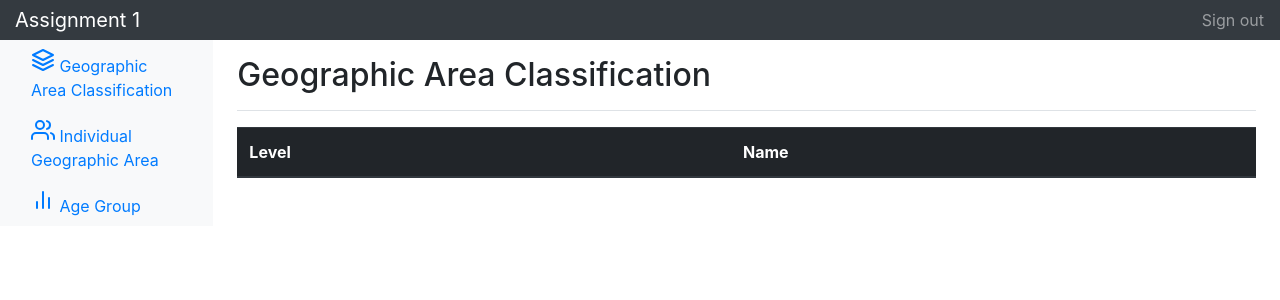
Repository: Yodilicious/PROG3060Assignment1
Page: http://localhost/PROG3060Assignment1JV/
An editor plug-in stored every save of this project. The page is shown before and after the next save, followed by the edit.
The browser window is 1280 px wide. The pictures show the whole page.
Some web libraries are served in a nearby version. The page is served by Tomcat 9. Other server files are loaded and not shown. Queries for data that is not in the repository find no rows.

Above is the page before, as saved 2018-02-16 06:29:51.

### PROG3060Assignment1JV/WebContent/html/GeographicAreaClassification.jsp
<%@ page language="java" contentType="text/html; charset=ISO-8859-1"
    pageEncoding="ISO-8859-1" import="java.util.*,prog3060.assignment1.jvisser.models.GeoAreaClassBean" %>
<!DOCTYPE html PUBLIC "-//W3C//DTD HTML 4.01 Transitional//EN" "http://www.w3.org/TR/html4/loose.dtd">
<html>
<head>
<meta charset="utf-8">
<meta name="viewport" content="width=device-width, initial-scale=1, shrink-to-fit=no">
<link rel="stylesheet" href="https://maxcdn.bootstrapcdn.com/bootstrap/4.0.0/css/bootstrap.min.css" integrity="sha384-Gn5384xqQ1aoWXA+058RXPxPg6fy4IWvTNh0E263XmFcJlSAwiGgFAW/dAiS6JXm" crossorigin="anonymous">
<link href="PROG3060Assignment1JV/css/main.css" rel="stylesheet">
<title>Insert title here</title>
</head>
<body>

    <nav class="navbar navbar-dark sticky-top bg-dark flex-md-nowrap p-0">
      <a class="navbar-brand col-sm-3 col-md-2 mr-0" href="#">Assignment 1</a>
      <ul class="navbar-nav px-3">
        <li class="nav-item text-nowrap">
          <a class="nav-link" href="#">Sign out</a>
        </li>
      </ul>
    </nav>

    <div class="container-fluid">
      <div class="row">
        <nav class="col-md-2 d-none d-md-block bg-light sidebar">
          <div class="sidebar-sticky">
            <ul class="nav flex-column">
              <li class="nav-item">
                <a class="nav-link active" href="/PROG3060Assignment1JV">
                  <span data-feather="layers"></span>
                  Geographic Area Classification<span class="sr-only">(current)</span>
                </a>
              </li>
              <li class="nav-item">
                <a class="nav-link" href="html/IndividualGeographicAreaDetails.jsp">
                  <span data-feather="users"></span>
                  Individual Geographic Area
                </a>
              </li>
              <li class="nav-item">
                <a class="nav-link" href="#">
                  <span data-feather="bar-chart-2"></span>
                  Age Group
                </a>
              </li>
            </ul>
          </div>
        </nav>

        <main role="main" class="col-md-9 ml-sm-auto col-lg-10 pt-3 px-4">
          <div class="d-flex justify-content-between flex-wrap flex-md-nowrap align-items-center pb-2 mb-3 border-bottom">
            <h1 class="h2">Geographic Area Classification</h1>
          </div>
          <div class="row">
          	<div class="col-md-12">
          		<table class="table">
				  <thead class="thead-dark">
				    <tr>
				      <th scope="col">Level</th>
				      <th scope="col">Name</th>
				    </tr>
				  </thead>
				  <tbody>
				  	<%
			       		List<GeoAreaClassBean> geoAreas = (ArrayList)request.getAttribute("geoArea");

			      		Iterator<GeoAreaClassBean> iterator = geoAreas.iterator();

			      		while(iterator.hasNext()) {
			      			GeoAreaClassBean geoArea = iterator.next();

			       	%>
				    <tr>
				      <td><%=geoArea.getLevel()%></td>
				      <td>
				      	<a class="nav-link" href="igad?gaid=<%=geoArea.getGeographicAreaId()%>"><%=geoArea.getName()%></a>
				      </td>
				    </tr>
				    <%
			      		}
				    %>
				  </tbody>
				</table>
          	</div>
          </div>
        </main>
      </div>
    </div>

	<script src="https://code.jquery.com/jquery-3.2.1.slim.min.js" integrity="sha384-KJ3o2DKtIkvYIK3UENzmM7KCkRr/rE9/Qpg6aAZGJwFDMVNA/GpGFF93hXpG5KkN" crossorigin="anonymous"></script>
	<script src="https://cdnjs.cloudflare.com/ajax/libs/popper.js/1.12.9/umd/popper.min.js" integrity="sha384-ApNbgh9B+Y1QKtv3Rn7W3mgPxhU9K/ScQsAP7hUibX39j7fakFPskvXusvfa0b4Q" crossorigin="anonymous"></script>
	<script src="https://cdnjs.cloudflare.com/ajax/libs/tether/1.4.0/js/tether.min.js" integrity="sha384-DztdAPBWPRXSA/3eYEEUWrWCy7G5KFbe8fFjk5JAIxUYHKkDx6Qin1DkWx51bBrb" crossorigin="anonymous"></script>
	<script src="https://maxcdn.bootstrapcdn.com/bootstrap/4.0.0/js/bootstrap.min.js" integrity="sha384-JZR6Spejh4U02d8jOt6vLEHfe/JQGiRRSQQxSfFWpi1MquVdAyjUar5+76PVCmYl" crossorigin="anonymous"></script>

	<script src="https://unpkg.com/feather-icons/dist/feather.min.js"></script>
    <script>
      feather.replace()
    </script>

</body>
</html>

### PROG3060Assignment1JV/src/prog3060/assignment1/jvisser/servlets/GeographicAreaClassification.java
package prog3060.assignment1.jvisser.servlets;

import java.io.IOException;
import java.util.List;

import javax.servlet.ServletException;
import javax.servlet.annotation.WebServlet;
import javax.servlet.http.HttpServlet;
import javax.servlet.http.HttpServletRequest;
import javax.servlet.http.HttpServletResponse;

import prog3060.assignment1.jvisser.dao.ApplicationDao;
import prog3060.assignment1.jvisser.models.GeoAreaClassBean;
import prog3060.assignment1.jvisser.models.IndividualGeoAreaDetailsBean;

@WebServlet("/")
public class GeographicAreaClassification extends HttpServlet {

	/**
	 *
	 */
	private static final long serialVersionUID = 1L;

	@Override
	protected void doGet(HttpServletRequest req, HttpServletResponse resp) throws ServletException, IOException {

		ApplicationDao appDao = new ApplicationDao();

		List<GeoAreaClassBean> geoAreaClasses = appDao.GeographicAreaClassifications();

		req.setAttribute("geoArea", geoAreaClasses);
		req.getRequestDispatcher("/html/GeographicAreaClassification.jsp").forward(req, resp);
	}
}

### PROG3060Assignment1JV/src/prog3060/assignment1/jvisser/dao/ApplicationDao.java
package prog3060.assignment1.jvisser.dao;


import java.sql.Connection;
import java.sql.PreparedStatement;
import java.sql.ResultSet;
import java.sql.SQLException;
import java.util.*;


import prog3060.assignment1.jvisser.models.GeoAreaClassBean;
import prog3060.assignment1.jvisser.models.IndividualGeoAreaDetailsBean;

public class ApplicationDao {

	private static PreparedStatement GetGeographicAreaClassifications(Connection connection) throws SQLException
    {
        String sqlSelectQuery = "SELECT GEOGRAPHICAREAID, LEVEL, NAME FROM GEOGRAPHICAREA ORDER BY LEVEL ASC";

        PreparedStatement preparedStatement = connection.prepareStatement(sqlSelectQuery);

        return preparedStatement;
    }

	private static PreparedStatement GetIndividualGeographicAreaDetails(Connection connection, String geographicAreaId) throws SQLException
    {
        String sqlSelectQuery = "SELECT G.NAME, G.CODE, G.LEVEL, A.COMBINED FROM GEOGRAPHICAREA As G JOIN AGE As A ON G.GEOGRAPHICAREAID = A.GEOGRAPHICAREA JOIN CENSUSYEAR As Y ON A.CENSUSYEAR = Y.CENSUSYEARID WHERE A.AGEGROUP = 1 AND Y.CENSUSYEAR = 2016 AND G.GEOGRAPHICAREAID = ?";

        PreparedStatement preparedStatement = connection.prepareStatement(sqlSelectQuery);

        preparedStatement.setString(1, geographicAreaId);

        return preparedStatement;
    }

	private static PreparedStatement GetIndividualGeographicAreaDetailNames(Connection connection, String level, String code) throws SQLException
    {
        String sqlSelectQuery = "SELECT NAME FROM GEOGRAPHICAREA WHERE LEVEL = ? AND SUBSTR(CAST(ALTERNATIVECODE AS CHAR(10)), 1, 2) = ? ORDER BY NAME ASC";

        PreparedStatement preparedStatement = connection.prepareStatement(sqlSelectQuery);

        preparedStatement.setString(1, level);
        preparedStatement.setString(2, code);

        return preparedStatement;
    }

	private static PreparedStatement GetAllProvinces(Connection connection) throws SQLException
    {
        String sqlSelectQuery = "SELECT NAME FROM GEOGRAPHICAREA WHERE LEVEL = 1 ORDER BY NAME ASC";

        PreparedStatement preparedStatement = connection.prepareStatement(sqlSelectQuery);

        return preparedStatement;
    }

	public List<GeoAreaClassBean> GeographicAreaClassifications() {

		List<GeoAreaClassBean> tempList = new ArrayList<GeoAreaClassBean>();

		try (Connection connection = DBConnection.getConnectionToDatabase();
                PreparedStatement preparedStatement = GetGeographicAreaClassifications(connection);
                ResultSet resultSet = preparedStatement.executeQuery())
        {
			int id = 0;
			int level = 0;
            String name = "";

            while (resultSet.next())
            {
            	id = resultSet.getInt("geographicareaid");
                level = resultSet.getInt("level");
                name = resultSet.getString("name");

                GeoAreaClassBean temp = new GeoAreaClassBean();

                temp.setGeographicAreaId(id);
                temp.setLevel(level);
                temp.setName(name);

                tempList.add(temp);
            }

            connection.rollback();
        }
        catch (SQLException e)
        {
            e.printStackTrace();
        }
        catch (Exception e)
        {
            e.printStackTrace();
        }

		return tempList;
	}

	public IndividualGeoAreaDetailsBean IndividualGeographicAreaDetails(String geographicAreaId) {

		IndividualGeoAreaDetailsBean temp = new IndividualGeoAreaDetailsBean();

		try (Connection connection = DBConnection.getConnectionToDatabase();
                PreparedStatement preparedStatement = GetIndividualGeographicAreaDetails(connection, geographicAreaId);
                ResultSet resultSet = preparedStatement.executeQuery())
        {
			String name = "";
			String code = "";
			String level = "";
			int totalPopulation = 0;


            while (resultSet.next())
            {
            	name = resultSet.getString("name");
            	code = resultSet.getString("code");
                level = resultSet.getString("level");
                totalPopulation = resultSet.getInt("combined");

                temp.setName(name);
                temp.setCode(code);
                temp.setLevel(level);
                temp.setTotalPopulation(totalPopulation);
            }

            connection.rollback();
        }
        catch (SQLException e)
        {
            e.printStackTrace();
        }
        catch (Exception e)
        {
            e.printStackTrace();
        }

		return temp;
	}

	public List<String> IndividualGeographicAreaDetailNames(String level, String code) {

		List<String> tempList = new ArrayList<String>();

		try (Connection connection = DBConnection.getConnectionToDatabase();
                PreparedStatement preparedStatement = GetIndividualGeographicAreaDetailNames(connection, level, code);
                ResultSet resultSet = preparedStatement.executeQuery())
        {
            String name = "";

            while (resultSet.next())
            {
                name = resultSet.getString("name");

                tempList.add(name);
            }

            connection.rollback();
        }
        catch (SQLException e)
        {
            e.printStackTrace();
        }
        catch (Exception e)
        {
            e.printStackTrace();
        }

		return tempList;
	}

	public List<String> GetAllProvinceNames() {

		List<String> tempList = new ArrayList<String>();

		try (Connection connection = DBConnection.getConnectionToDatabase();
                PreparedStatement preparedStatement = GetAllProvinces(connection);
                ResultSet resultSet = preparedStatement.executeQuery())
        {
            String name = "";

            while (resultSet.next())
            {
                name = resultSet.getString("name");

                tempList.add(name);
            }

            connection.rollback();
        }
        catch (SQLException e)
        {
            e.printStackTrace();
        }
        catch (Exception e)
        {
            e.printStackTrace();
        }

		return tempList;
	}
}

### PROG3060Assignment1JV/src/prog3060/assignment1/jvisser/dao/DBConnection.java
package prog3060.assignment1.jvisser.dao;

import java.sql.Connection;
import java.sql.DriverManager;
import java.sql.PreparedStatement;
import java.sql.ResultSet;
import java.sql.SQLException;
import java.util.ArrayList;
import java.util.List;
import java.util.Properties;

public class DBConnection {

	static final String CONNECTION_STRING = "jdbc:derby://localhost:1527/CanadaCensusDB";
    static final String CONNECTION_USER = "jvisser";
    static final String CONNECTION_PASSWORD = "Access@34";

	public static Connection getConnectionToDatabase() throws SQLException, InstantiationException, IllegalAccessException, ClassNotFoundException {

		Properties connectionProperties = new Properties();
        connectionProperties.put("user", CONNECTION_USER);
        connectionProperties.put("password", CONNECTION_PASSWORD);

		Class.forName("org.apache.derby.jdbc.ClientDriver").newInstance();

        Connection connection = DriverManager.getConnection(CONNECTION_STRING, connectionProperties);

        connection.setAutoCommit(false);
        connection.createStatement().executeUpdate("SET SCHEMA APP");

        return connection;
	}
}

After the next save:
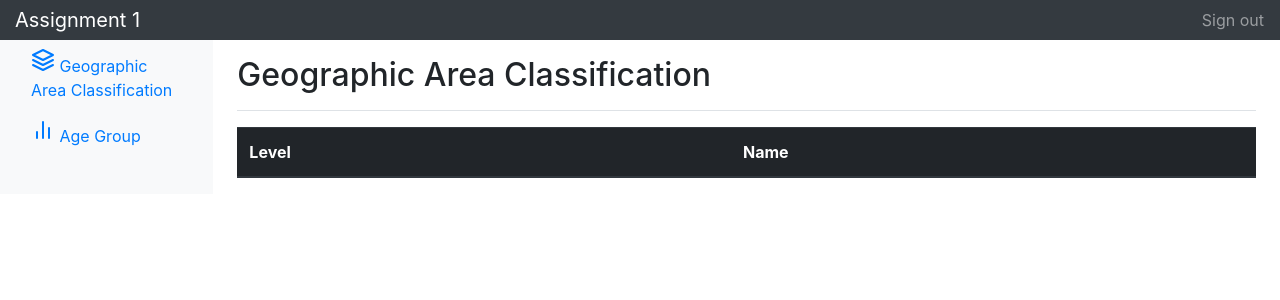
Saved 119 s later.
--- a/PROG3060Assignment1JV/WebContent/html/GeographicAreaClassification.jsp
+++ b/PROG3060Assignment1JV/WebContent/html/GeographicAreaClassification.jsp
@@ -29,12 +29,6 @@
                 <a class="nav-link active" href="/PROG3060Assignment1JV">
                   <span data-feather="layers"></span>
                   Geographic Area Classification<span class="sr-only">(current)</span>
-                </a>
-              </li>
-              <li class="nav-item">
-                <a class="nav-link" href="html/IndividualGeographicAreaDetails.jsp">
-                  <span data-feather="users"></span>
-                  Individual Geographic Area
                 </a>
               </li>
               <li class="nav-item">
